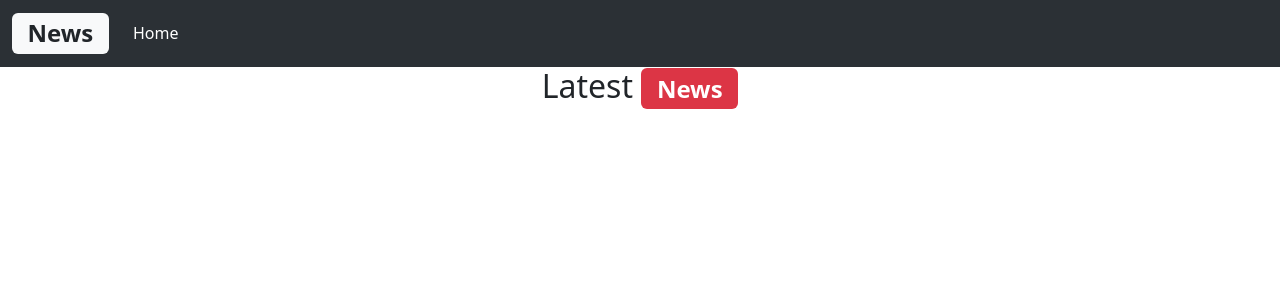
Repository: sshaiv/News_app
Page: /
An editor plug-in stored every save of this project. The page is shown before and after the next save, followed by the edit.
The browser window is 1280 px wide. The pictures show the whole page.
The page's requests for data from a server got no answer. The project was rebuilt for these pictures with package versions that can differ from the ones it lists, and the page was loaded fresh each time. No one was signed in, and anything a server would have sent is missing. Also part of the build but not shown: vite.config.js, src/Components/NewsItem.jsx, src/index.css.

Above is the page before, as saved 2024-07-14 20:54:06.

After the next save:
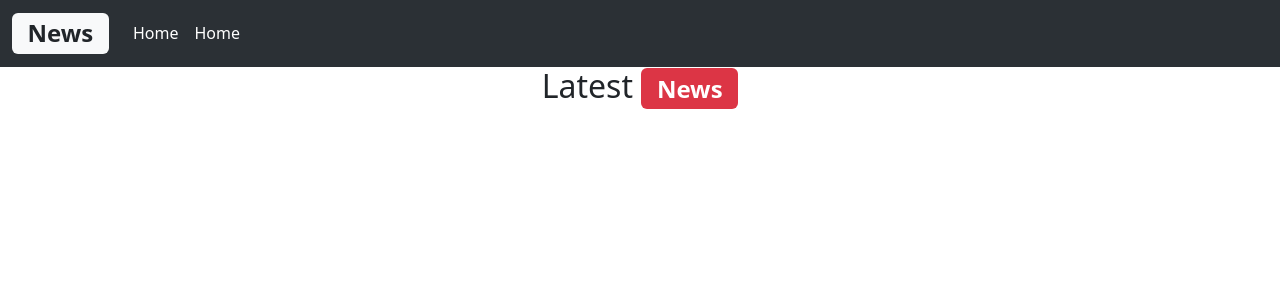
Saved 15 h 8 min later.
--- a/src/Components/Navbar.jsx
+++ b/src/Components/Navbar.jsx
@@ -14,6 +14,9 @@
         <li className="nav-item">
           <a className="nav-link active" aria-current="page" href="#">Home</a>
         </li>
+        <li className="nav-item">
+          <a className="nav-link active" aria-current="page" href="#">Home</a>
+        </li>
 
 
       </ul>

After the 2 saves that followed:
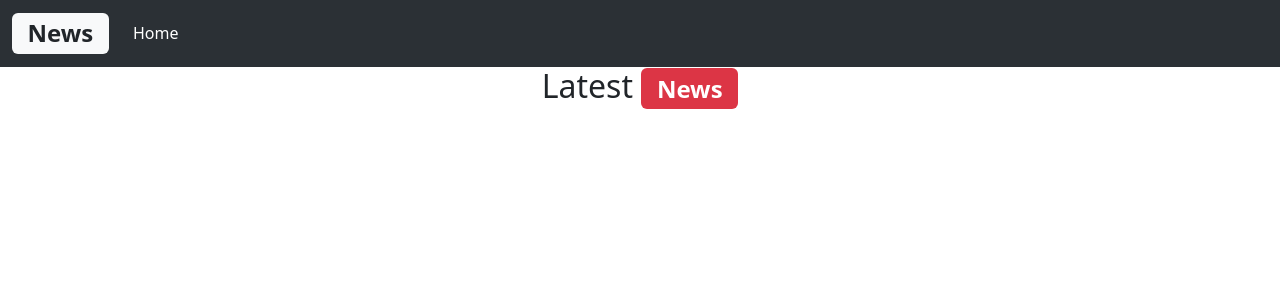
The 2 saves are shown as one change because they came seconds apart.
The last was saved 20 s later.
--- a/src/Components/Navbar.jsx
+++ b/src/Components/Navbar.jsx
@@ -14,9 +14,7 @@
         <li className="nav-item">
           <a className="nav-link active" aria-current="page" href="#">Home</a>
         </li>
-        <li className="nav-item">
-          <a className="nav-link active" aria-current="page" href="#">Home</a>
-        </li>
+
 
 
       </ul>
